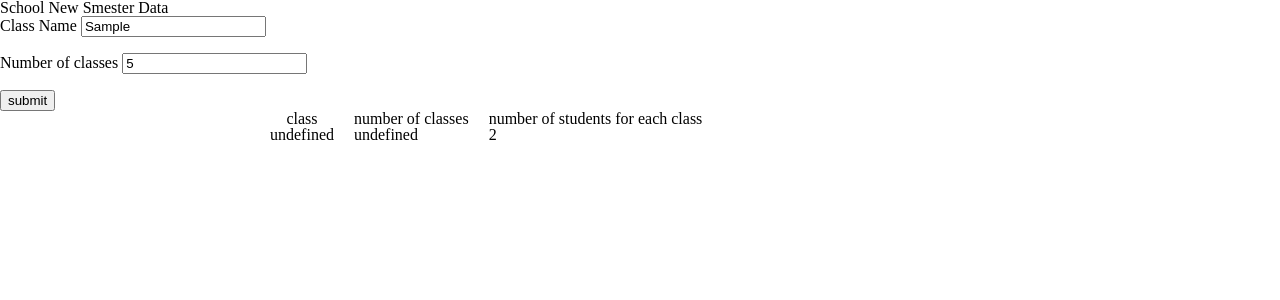
Repository: Razan-am/exam-practice
Page: index.html
An editor plug-in stored every save of this project. The page is shown before and after the next save, followed by the edit.
The browser window is 1280 px wide. The pictures show the whole page.
Empty fields were first filled with sample values (such as "Sample", 5 or name@example.com).
After loading, the first visible `#myForm` was submitted once.

Above is the page before, as saved 2021-05-30 23:17:21.

After the next save:
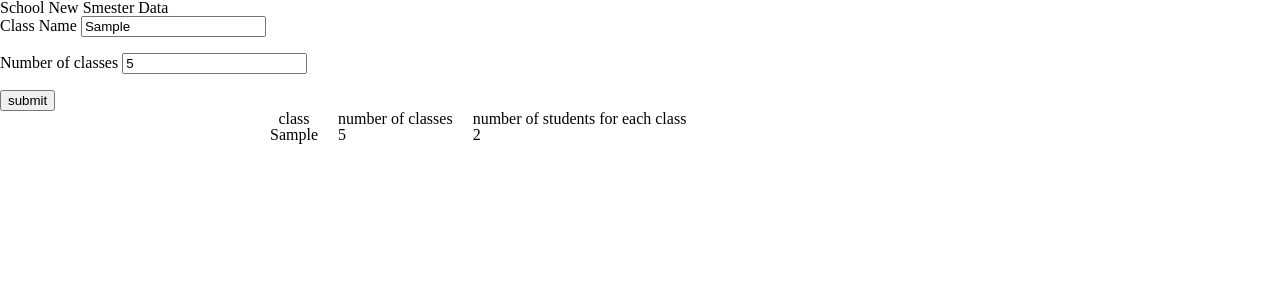
Saved 21 s later.
--- a/js/app.js
+++ b/js/app.js
@@ -33,7 +33,7 @@ function handleSubmit(event) {
 let headerEl = document.createElement('tr');
 myTable.appendChild(headerEl);
 function theader() {
-    theader.textContent='';
+    headerEl.textContent='';
     for (let index = 0; index < headerData.length; index++) {
         let thEl = document.createElement('th');
         headerEl.appendChild(thEl);
@@ -44,17 +44,17 @@ let tBody = document.createElement('tr');
 myTable.appendChild(tBody);
 function render() {
     tBody.textContent='';
-
+    for (let index = 0; index < mainArr.length; index++) {
         let td1 = document.createElement('td');
         tBody.appendChild(td1);
-        td1.textContent = `${mainArr.className}`;
+        td1.textContent = `${mainArr[index].className}`;
+    }
 
-
-
+    for (let i = 0; i < mainArr.length; i++) {
         let td2 = document.createElement('td');
         tBody.appendChild(td2);
-        td2.textContent = `${mainArr.numberOfClasses}`;
-
+        td2.textContent = `${mainArr[i].numberOfClasses}`;
+    }
 
     let td3 = document.createElement('td');
     tBody.appendChild(td3);
